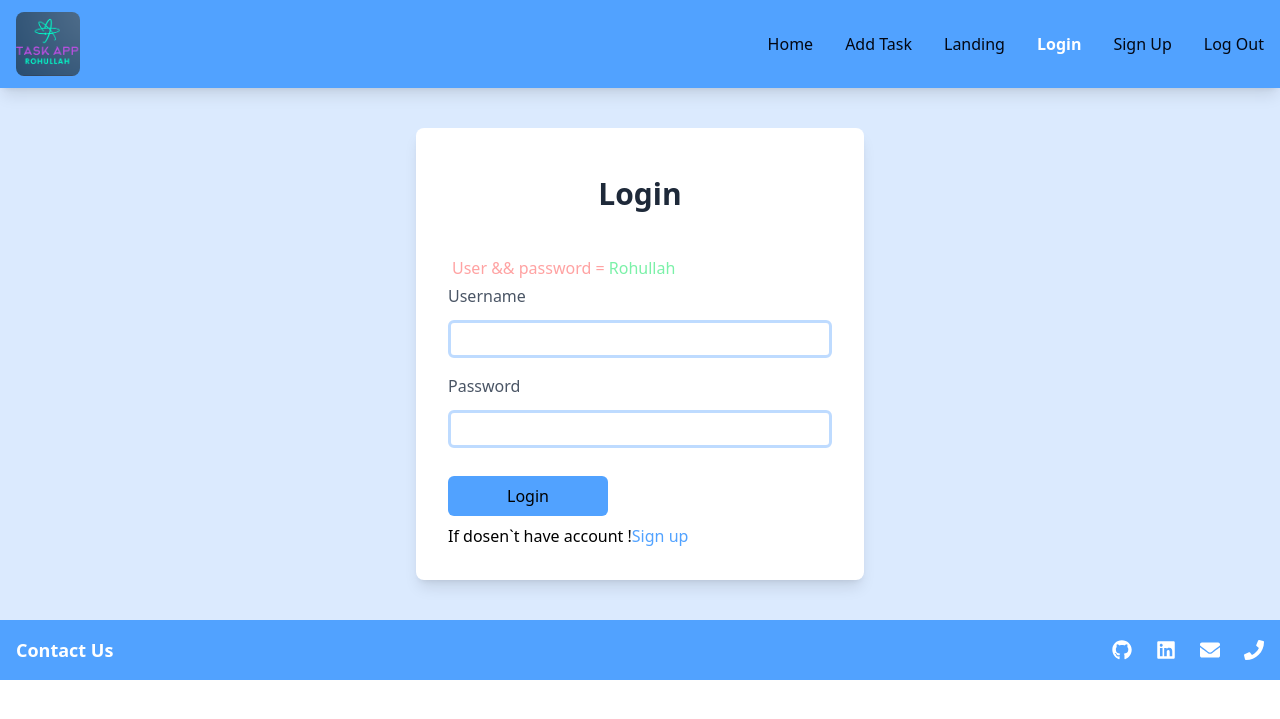
Repository: Rohullah-Noori/TaskApp
Page: /logout
These files come from the project's save history. The page is drawn as it stood at one moment and after the next save; the edit follows.
The browser window is 1280 px wide. The pictures show the whole page.
The project was rebuilt for these pictures with package versions that can differ from the ones it lists, and the page was loaded fresh each time. Also part of the build but not shown: vite.config.js, src/components/PrivateRoute.jsx, src/pages/Landing.jsx, src/pages/Home.jsx, src/pages/Signup.jsx, src/pages/Addtask.jsx, src/pages/Edittask.jsx, src/pages/Errorpage.jsx.

Above is the page before, as saved 2025-06-23 10:36:20.

### src/index.css
@import "tailwindcss";

.input {
  @apply border-3 border-blue-200 focus:outline-blue-500 w-full rounded-md p-1;
}

.containerForm {
  @apply flex items-center justify-center  p-10 h-[90%] bg-blue-100 flex-grow overflow-y-auto;
}
.parentContainerForm {
  @apply max-w-md bg-white p-8 rounded-lg shadow-lg w-[90%];
}

.heading {
  @apply text-xl sm:text-2xl md:text-3xl font-bold mb-6 text-gray-800 text-center p-1 md:p-4;
}

.taskContainer {
  @apply bg-blue-100 lg:h-full min-h-107 justify-center flex;
}
.taskinnerContainer {
  @apply mt-10 text-center h-[90%]  shadow-lg bg-amber-50  rounded-xl p-10  max-w-md w-full;
}

.btndesign {
  @apply mt-3 cursor-pointer rounded-md py-2 mb-2 w-[50%] text-wrap sm:w-40 bg-blue-400  hover:bg-blue-500 hover:text-white;
}

### src/App.jsx
import { TasksProvider } from "./components/TaskContext";
import { BrowserRouter as Router, Routes, Route } from "react-router-dom";
import PrivateRoute from "./components/PrivateRoute";
import { AuthProvider } from "./components/PrivateContext";
import Landing from "./pages/Landing";
import Home from "./pages/Home";
import Login from "./pages/Login";
import Signup from "./pages/Signup";
import Addtask from "./pages/Addtask";
import Edittask from "./pages/Edittask";
import Errorpage from "./pages/Errorpage";
import Logout from "./pages/Logout";

function App() {
  return (
    <>
      <Router>
        <AuthProvider>
          <TasksProvider>
            <Routes>
              <Route path="/" element={<PrivateRoute />}>
                <Route index element={<Landing />} />
                <Route path="/addtask" element={<Addtask />} />
                <Route path="/home" element={<Home />} />
                <Route path="/edit-task/:taskId" element={<Edittask />} />
              </Route>

              <Route path="/login" element={<Login />} />

              <Route path="/signup" element={<Signup />} />
              <Route path="/logout" element={<Logout />} />

              <Route path="/*" element={<Errorpage />} />
            </Routes>
          </TasksProvider>
        </AuthProvider>
      </Router>
    </>
  );
}

export default App;

### src/components/TaskContext.jsx
import { createContext, useContext, useState } from "react";

const TaskContext = createContext();
export const TasksProvider = ({ children }) => {
  const [tasks, setTasks] = useState([]);
  const [loading, setIsloading] = useState(false);
  const addtask = (newtask) => {
    setTasks((prevtask) => [...prevtask, newtask]);
  };

  const updateTask = (taskId, taskdata) => {
    setTasks((prevtask) =>
      prevtask.map((task) =>
        task.id === Number(taskId)
          ? {
              ...task,
              title: taskdata.title,
              startTime: taskdata.startTime,
              endTime: taskdata.endTime,
            }
          : task
      )
    );
  };

  return (
    <TaskContext.Provider
      value={{
        tasks,
        addtask,
        setTasks,
        loading,
        setIsloading,
        updateTask,
      }}
    >
      {children}
    </TaskContext.Provider>
  );
};

export const useTasks = () => useContext(TaskContext);

### src/components/PrivateContext.jsx
import { createContext, useContext, useEffect, useState } from "react";
import { useNavigate } from "react-router-dom";

const AuthContext = createContext();
export const AuthProvider = ({ children }) => {
  const [islogin, setIslogin] = useState(() => {
    return localStorage.getItem("islogin") === "true" ? true : false;
  });
  const navigate = useNavigate();

  useEffect(
    function () {
      localStorage.setItem("islogin", JSON.stringify(islogin));
    },

    [islogin]
  );

  const login = () => {
    setIslogin(true);
    navigate("/");
  };

  const logout = () => {
    setIslogin(false);
    navigate("/login");
  };

  return (
    <AuthContext.Provider value={{ login, logout, islogin }}>
      {children}
    </AuthContext.Provider>
  );
};

export const useAuth = () => useContext(AuthContext);

### src/pages/Login.jsx
import Navbar from "../components/Navbar";
import { useState } from "react";
import { Link, useNavigate } from "react-router-dom";
import Loader from "../components/Loader";
import Button from "../components/Button";
import { useAuth } from "../components/PrivateContext";
import Footer from "../components/Footer";

function Login() {
  const [message, setMessage] = useState("");
  const [loading, setIsloading] = useState(false);
  const [password, setPassword] = useState("");
  const [username, setUsername] = useState("");
  const { login } = useAuth();
  const validusername = "Rohullah";
  const validpassword = "Rohullah";

  // const navigate = useNavigate();

  function handlesubmit(e) {
    e.preventDefault();
    setIsloading(true);
    setMessage("");
    if (username === validusername && password === validpassword) {
      setTimeout(() => {
        setIsloading(false);
        setMessage("login successfully");
        // setTimeout(() => {
        //   navigate("/");
        // }, 500);
        login();
      }, 1000);
    } else {
      setMessage("Invalid Usrename or Password");
      setIsloading(false);
    }
  }
  return (
    <>
      <Navbar />
      <div className="containerForm">
        <div className="parentContainerForm ">
          <h2 className="heading">Login</h2>
          <p className="p-1 text-red-300">
            User && password = <span className="text-green-300">Rohullah</span>
          </p>
          {loading && <Loader />}
          {message && (
            <div
              className={`${
                message === "login successfully"
                  ? "bg-green-100 text-green-700 border-green-500"
                  : "bg-red-100 text-red-700 border-red-500"
              }`}
            >
              {message}
            </div>
          )}

          <form action="" onSubmit={handlesubmit} className="space-y-4">
            <div className=" space-y-3  ">
              <label
                htmlFor="username"
                className="block text-md font-md text-gray-600"
              >
                Username
              </label>

              <input
                type="text"
                id="username"
                value={username}
                onChange={(e) => setUsername(e.target.value)}
                className="input"
              />
            </div>

            <div className=" space-y-3 ">
              <label
                htmlFor="password"
                className="block text-md font-md text-gray-600"
              >
                Password
              </label>
              <input
                type="password"
                id="password"
                value={password}
                onChange={(e) => setPassword(e.target.value)}
                className="input"
              />
            </div>
            <div className="flex">
              <Button type="submit">Login</Button>
            </div>
          </form>

          <div>
            <h3>
              If dosen`t have account !
              <Link
                to={"/signup"}
                className=" text-blue-400 hover:text-blue-600"
              >
                Sign up
              </Link>
            </h3>
          </div>
        </div>
      </div>
      <Footer />
    </>
  );
}

export default Login;

### src/pages/Logout.jsx
import { useEffect, useState } from "react";
// import { useNavigate } from "react-router-dom";
import Loader from "../components/Loader";
import { useAuth } from "../components/PrivateContext";

function Logout() {
  // const navigate = useNavigate();
  const [loading, setIsloading] = useState(false);
  const { logout } = useAuth();
  useEffect(
    function () {
      setIsloading(true);
      setTimeout(() => {
        setIsloading(false);
        // navigate("/login");
        logout();
      }, 1000);
    },
    [logout]
  );
  return <div>{loading && <Loader />}</div>;
}

export default Logout;

### src/components/Button.jsx
function Button({ children, onClick, disabled }) {
  return (
    <button onClick={onClick} disabled={disabled} className="btndesign">
      {children}
    </button>
  );
}

export default Button;

### src/components/Navbar.jsx
import { Link, useLocation } from "react-router-dom";
import { useState } from "react";

const navItems = [
  { path: "/home", label: "Home" },
  { path: "/addtask", label: "Add Task" },
  { path: "/", label: "Landing" },
  { path: "/login", label: "Login" },
  { path: "/signup", label: "Sign Up" },
  { path: "/logout", label: "Log Out" },
];

function Navbar() {
  const location = useLocation();
  const [open, setOpen] = useState(false);

  const toggleMenu = () => setOpen(!open);

  return (
    <nav className="bg-blue-400 shadow-lg sticky top-0 z-50">
      <div className="flex items-center justify-between px-4 py-3">
        <div className="w-16 h-16">
          <img
            src="../src/assets/logo/Capture.PNG"
            alt="Logo"
            className="rounded-lg object-cover w-full h-full"
          />
        </div>

        <div className="lg:hidden">
          <button
            onClick={toggleMenu}
            className="text-white focus:outline-none"
          >
            <svg
              xmlns="http://www.w3.org/2000/svg"
              className="w-6 h-6"
              fill="none"
              viewBox="0 0 24 24"
              stroke="currentColor"
            >
              <path
                strokeLinecap="round"
                strokeLinejoin="round"
                strokeWidth="2"
                d="M4 6h16M4 12h16M4 18h16"
              />
            </svg>
          </button>
        </div>

        <ul className="hidden lg:flex space-x-8">
          {navItems.map((item) => (
            <li key={item.path}>
              <Link
                to={item.path}
                className={`transition duration-200 hover:text-amber-50 ${
                  location.pathname === item.path
                    ? "text-white font-bold"
                    : "text-gray-950"
                }`}
              >
                {item.label}
              </Link>
            </li>
          ))}
        </ul>
      </div>

      {open && (
        <div className="lg:hidden px-4 pb-4">
          <ul className="flex flex-col space-y-3 bg-blue-400 rounded-md py-2 px-3">
            {navItems.map((item) => (
              <li key={item.path}>
                <Link
                  to={item.path}
                  onClick={() => setOpen(false)}
                  className={`block w-full transition duration-200 hover:text-amber-50 ${
                    location.pathname === item.path
                      ? "text-white font-bold"
                      : "text-gray-950"
                  }`}
                >
                  {item.label}
                </Link>
              </li>
            ))}
          </ul>
        </div>
      )}
    </nav>
  );
}

export default Navbar;

### src/components/Loader.jsx
import { useEffect, useState } from "react";

function Loader({ delay = 2000 }) {
  const [loading, setIsLoading] = useState(true);

  useEffect(() => {
    const timer = setTimeout(() => {
      setIsLoading(false);
    }, delay);

    return () => clearTimeout(timer);
  }, [delay]);

  if (!loading) return null;

  return (
    <div className="fixed inset-0 z-50 flex items-center justify-center backdrop-blur-md bg-white/10">
      <div className="px-8 py-4 rounded-xl bg-white/20 border border-white/30 shadow-lg backdrop-blur-lg">
        <h1 className="font-bold text-3xl text-blue-500">Loading...</h1>
      </div>
    </div>
  );
}

export default Loader;

### src/components/Footer.jsx
import { FaGithub, FaLinkedin, FaEnvelope, FaPhone } from "react-icons/fa";

function Footer() {
  return (
    <footer className="bg-blue-400 text-white py-4 w-full">
      <div className="container mx-auto px-4 flex flex-col md:flex-row items-center justify-between space-y-4 md:space-y-0">
        <h1 className="text-lg font-semibold">Contact Us</h1>

        <div className="flex items-center space-x-6 text-xl">
          <a
            href="https://github.com/Rohullah-Noori"
            target="_blank"
            rel="noopener noreferrer"
            className="hover:text-gray-300 transition"
          >
            <FaGithub />
          </a>
          <a
            href="https://linkedin.com"
            target="_blank"
            rel="noopener noreferrer"
            className="hover:text-gray-300 transition"
          >
            <FaLinkedin />
          </a>
          <a
            href="mailto:rohullah313noori313@gmail.com"
            className="hover:text-gray-300 transition"
          >
            <FaEnvelope />
          </a>
          <a href="tel:+93731142295" className="hover:text-gray-300 transition">
            <FaPhone />
          </a>
        </div>
      </div>
    </footer>
  );
}

export default Footer;

Loaded but not shown: index.html (common file); src/main.jsx (common file)

After the next save:
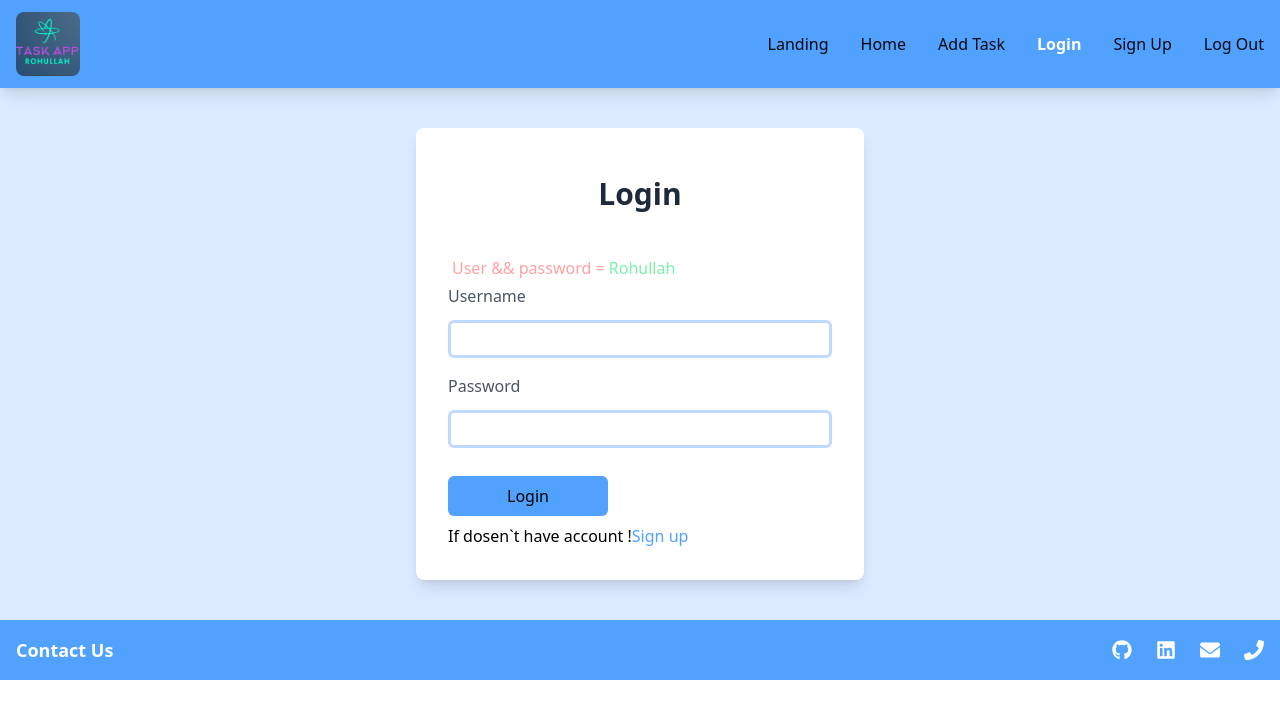
Saved 9 s later.
--- a/src/components/Navbar.jsx
+++ b/src/components/Navbar.jsx
@@ -2,9 +2,10 @@ import { Link, useLocation } from "react-router-dom";
 import { useState } from "react";
 
 const navItems = [
+  { path: "/", label: "Landing" },
   { path: "/home", label: "Home" },
   { path: "/addtask", label: "Add Task" },
-  { path: "/", label: "Landing" },
+
   { path: "/login", label: "Login" },
   { path: "/signup", label: "Sign Up" },
   { path: "/logout", label: "Log Out" },
